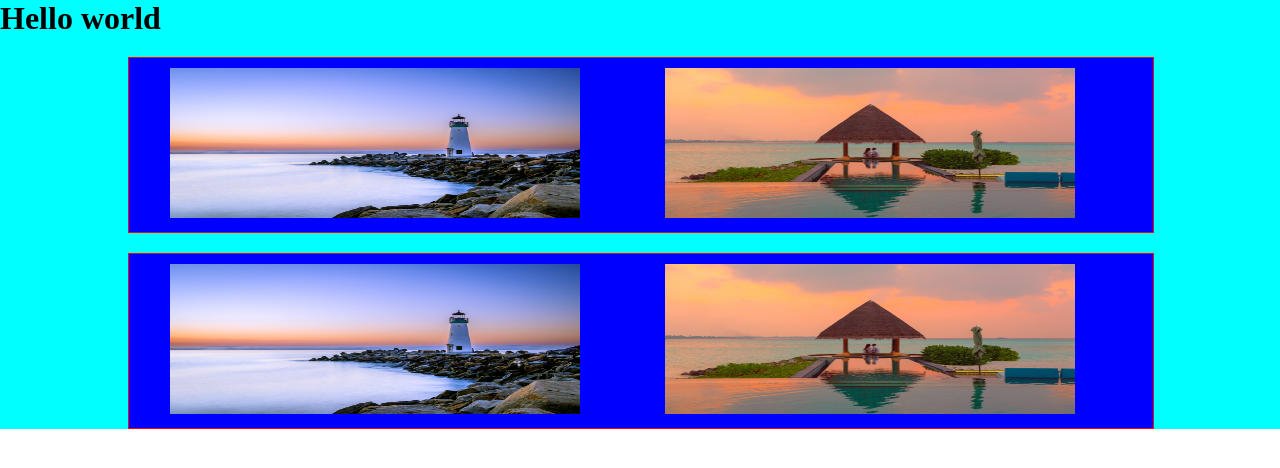
Repository: RPSKumara/DPEdudationPyhton
Page: ImageStyle/index.html
These files come from the project's save history. The page is drawn as it stood at one moment and after the next save; the edit follows.
The browser window is 1280 px wide. The pictures show the whole page.

Above is the page before, as saved 2022-04-20 10:20:35.

### ImageStyle/index.html
<!DOCTYPE html>
<html lang="en">
	<head>
		<meta charset="UTF-8" />
		<meta http-equiv="X-UA-Compatible" content="IE=edge" />
		<meta name="viewport" content="width=device-width, initial-scale=1.0" />
		<link rel="stylesheet" href="style.css" />
		<title>Document</title>
	</head>
	<body>
		<div class="container">
			<h1>Hello world</h1>
			<div class="imageSlider">
				<img src="Images/01.jpg" alt="images" class="previewImg" srcset="" />
				<img src="Images/02.jpg" alt="images" class="previewImg" srcset="" />
			</div>
            <div class="imageSlider">
				<img src="Images/01.jpg" alt="images" class="previewImg" srcset="" />
				<img src="Images/02.jpg" alt="images" class="previewImg" srcset="" />
			</div>
		</div>
	</body>
</html>

### ImageStyle/style.css
*{
    margin: 0;
    padding: 0;
}
.container{
    width: 100%;
    background-color: aqua;
}
.imageSlider{
    min-width: 80%;
    width: 80%;
    margin: 20px 10%;
    background-color: blue;
    border: red solid 0.5px;
}
.previewImg{
    width: 40%;
    margin: 10px 4%;
    max-height: 150px;
    min-height: 150px;
}

After the next save:
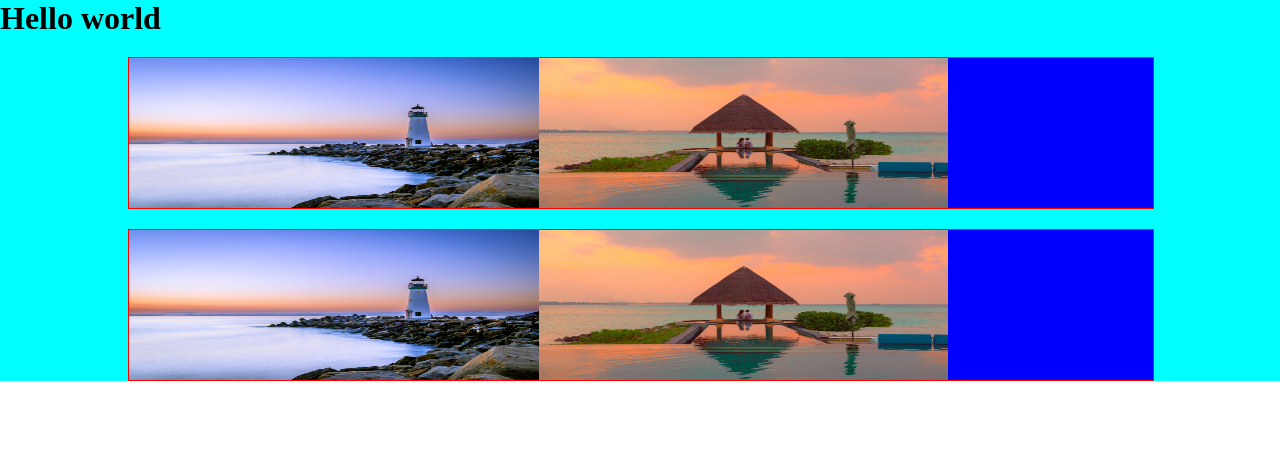
Saved 32 s later.
--- a/ImageStyle/style.css
+++ b/ImageStyle/style.css
@@ -12,10 +12,11 @@
     margin: 20px 10%;
     background-color: blue;
     border: red solid 0.5px;
+    display: flex;
 }
 .previewImg{
     width: 40%;
-    margin: 10px 4%;
+    flex-wrap: wrap-reverse;
     max-height: 150px;
     min-height: 150px;
 }
